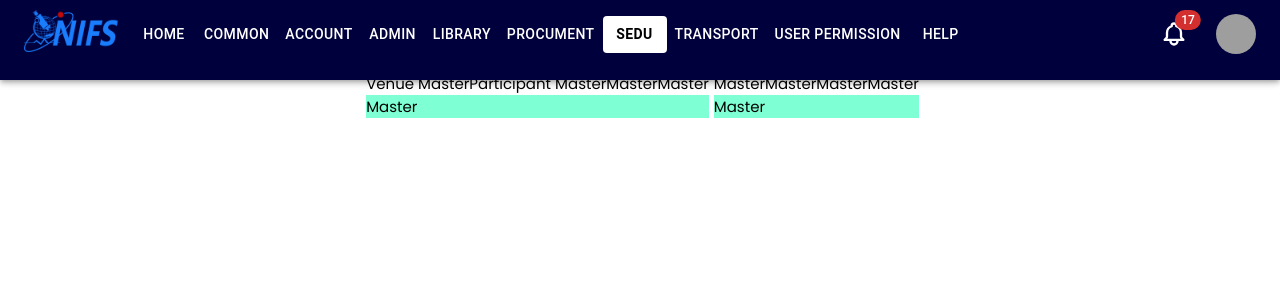
Repository: virangaj/NIFS-WebApp
Page: /sedu (app in client/)
These files come from the project's save history. The page is drawn as it stood at one moment and after the next save; the edit follows.
The browser window is 1280 px wide. The pictures show the whole page.
Pictures or frames that could not be fetched are drawn as grey boxes. The project was rebuilt for these pictures with package versions that can differ from the ones it lists, and the page was loaded fresh each time. Also part of the build but not shown: client/src/pages/Login.tsx, client/src/pages/Home.tsx, client/src/components/Transport/shared/TransportNavbar.js, client/src/pages/TransportMainPage.tsx, client/src/pages/CommonMainPage.tsx, client/src/pages/AccountMainPage.tsx, client/src/pages/AdminMainPage.tsx, client/src/pages/LibraryMainPage.js and 4 more.

Above is the page before, as saved 2022-07-27 00:42:04.

### client/public/index.html
<!DOCTYPE html>
<html lang="en">
	<head>
		<meta charset="utf-8" />
		<link rel="icon" href="nifs_logo.png" />
		<meta name="viewport" content="width=device-width, initial-scale=1" />
		<meta name="theme-color" content="#000000" />
		<meta
			name="description"
			content="Web site created using create-react-app"
		/>
		<link rel="apple-touch-icon" href="%PUBLIC_URL%/logo192.png" />
		<!--
      manifest.json provides metadata used when your web app is installed on a
      user's mobile device or desktop. See https://developers.google.com/web/fundamentals/web-app-manifest/
    -->
		<link rel="manifest" href="%PUBLIC_URL%/manifest.json" />
		<!--
      Notice the use of %PUBLIC_URL% in the tags above.
      It will be replaced with the URL of the `public` folder during the build.
      Only files inside the `public` folder can be referenced from the HTML.

      Unlike "/favicon.ico" or "favicon.ico", "%PUBLIC_URL%/favicon.ico" will
      work correctly both with client-side routing and a non-root public URL.
      Learn how to configure a non-root public URL by running `npm run build`.
    -->
		<link
			href="https://fonts.googleapis.com/css?family=Poppins"
			rel="stylesheet"
		/>
		<title>NIFS Dashboard</title>
	</head>
	<body>
		<noscript>You need to enable JavaScript to run this app.</noscript>
		<div id="root"></div>
		<!--
      This HTML file is a template.
      If you open it directly in the browser, you will see an empty page.

      You can add webfonts, meta tags, or analytics to this file.
      The build step will place the bundled scripts into the <body> tag.

      To begin the development, run `npm start` or `yarn start`.
      To create a production bundle, use `npm run build` or `yarn build`.
    -->
	</body>
</html>

### client/src/index.css
* {
  margin: 0;
}

body {
  font-family: 'Poppins';
  -webkit-font-smoothing: antialiased;
  -moz-osx-font-smoothing: grayscale;
}

:root {
  --main-navbar-back: #00003c;

}


.nav-logo {
  width: 100px;
  height: auto;
}

/* main navbar */
.main-navbar {
  background-color: var(--main-navbar-back) !important;
  width: 100% !important;
  height: 80px !important;

}



/* secondary navbar */
.secondary-navbar {
  margin-top: 10vh !important;
  margin: auto;
}

.nav-flex-section {
  display: flex;
  justify-content: center;
}

.nav-flex-inside {
  margin-left: 5px;
  margin-left: 5px;
}

.nav-title {
  font-size: 15px;

}

.nav-title-section {
  background-color: aquamarine;
}

/* body content */
.body-content {
  margin: auto;
  width: 90%;
  margin-top: 10vh;

}

.sub-body-content {
  margin: auto;
  width: 90%;
  margin-top: 3vh;
}

### client/src/App.tsx
import React, { useEffect } from 'react';
import Navbar from './components/shared/Navbar';
import Login from './pages/Login'
import { BrowserRouter as Router, Route, Routes } from 'react-router-dom'
import Home from './pages/Home';
import TransportMainPage from './pages/TransportMainPage';
import CommonMainPage from './pages/CommonMainPage';
import AccountMainPage from './pages/AccountMainPage';
import AdminMainPage from './pages/AdminMainPage';
import LibraryMainPage from './pages/LibraryMainPage';
import ProcumentMainPage from './pages/ProcumentMainPage';
import SeduMainPage from './pages/SeduMainPage';
import UserPermissionMainPage from './pages/UserPermissionMainPage';
import NotificationMainPage from './pages/NotificationMainPage';
import HelpMainPage from './pages/HelpMainPage';

function App() {


  return (
    <Router>
      <Navbar />
      <Routes>

        <Route path="/login" element={<Login />} />
        <Route path="/" element={<Home />} />
        <Route path="/common/*" element={<CommonMainPage />} />
        <Route path="/account/*" element={<AccountMainPage />} />
        <Route path="/admin/*" element={<AdminMainPage />} />
        <Route path="/library/*" element={<LibraryMainPage />} />
        <Route path="/procument/*" element={<ProcumentMainPage />} />
        <Route path="/sedu/*" element={<SeduMainPage />} />
        <Route path="/transport/*" element={<TransportMainPage />} />
        <Route
          path="/user-permission/*"
          element={<UserPermissionMainPage />}
        />
        <Route
          path="/notification/*"
          element={<NotificationMainPage />}
        />
        <Route path="/help/*" element={<HelpMainPage />} />
      </Routes>


    </Router>
  );
}

export default App;

### client/src/components/shared/Navbar.tsx
import * as React from 'react';
import AppBar from '@mui/material/AppBar';
import Box from '@mui/material/Box';
import Toolbar from '@mui/material/Toolbar';
import IconButton from '@mui/material/IconButton';
import Typography from '@mui/material/Typography';
import Menu from '@mui/material/Menu';
import Container from '@mui/material/Container';
import Avatar from '@mui/material/Avatar';
import Button from '@mui/material/Button';
import Tooltip from '@mui/material/Tooltip';
import MenuItem from '@mui/material/MenuItem';
import { HiMenuAlt2, HiOutlineBell } from "react-icons/hi";
import Badge from '@mui/material/Badge';
import Logo from '../../images/nifs_logo.png'
import { Link, useLocation } from 'react-router-dom';
const pages = [
    {
        id: 0,
        title: 'Home',
        link: '/',
    },
    {
        id: 1,
        title: 'Common',
        link: '/common',
    },
    {
        id: 2,
        title: 'Account',
        link: '/account',
    },
    {
        id: 3,
        title: 'Admin',
        link: '/admin',
    },
    {
        id: 4,
        title: 'Library',
        link: '/library',
    },
    {
        id: 5,
        title: 'Procument',
        link: '/procument',
    },
    {
        id: 6,
        title: 'SEDU',
        link: '/sedu',
    },
    {
        id: 7,
        title: 'Transport',
        link: '/transport',
    },
    {
        id: 8,
        title: 'User Permission',
        link: '/user-permission',
    },
    // {
    //     id: 9,
    //     title: 'Notification',
    //     link: '/notification',
    // },
    {
        id: 10,
        title: 'Help',
        link: '/help',
    },
];
const settings = [
    {
        id: 0,
        title: 'Login',
        link: '/login',
    },
];
const Navbar = () => {

    const location: any = useLocation();
    console.log(location.pathname.split('/')[1])


    const [anchorElNav, setAnchorElNav] = React.useState<null | HTMLElement>(null);
    const [anchorElUser, setAnchorElUser] = React.useState<null | HTMLElement>(null);

    const handleOpenNavMenu = (event: React.MouseEvent<HTMLElement>) => {
        setAnchorElNav(event.currentTarget);
    };
    const handleOpenUserMenu = (event: React.MouseEvent<HTMLElement>) => {
        setAnchorElUser(event.currentTarget);
    };

    const handleCloseNavMenu = () => {
        setAnchorElNav(null);
    };

    const handleCloseUserMenu = () => {
        setAnchorElUser(null);
    };

    return (
        <AppBar position="fixed" className="main-navbar">
            <Container maxWidth="xl">
                <Toolbar disableGutters>
                    {/*Responsive view start here  */}
                    <Box sx={{ display: { xs: 'none', md: 'flex' }, mr: 1 }}>
                        <Link to='/'>
                            <img src={Logo} alt="logo" className="nav-logo" />
                        </Link>
                    </Box>


                    <Box sx={{ flexGrow: 1, display: { xs: 'flex', md: 'none' } }}>
                        <IconButton
                            size="large"
                            aria-label="account of current user"
                            aria-controls="menu-appbar"
                            aria-haspopup="true"
                            onClick={handleOpenNavMenu}
                            color="inherit"
                        >
                            <HiMenuAlt2 />
                        </IconButton>
                        <Menu
                            id="menu-appbar"
                            anchorEl={anchorElNav}
                            anchorOrigin={{
                                vertical: 'bottom',
                                horizontal: 'left',
                            }}
                            keepMounted
                            transformOrigin={{
                                vertical: 'top',
                                horizontal: 'left',
                            }}
                            open={Boolean(anchorElNav)}
                            onClose={handleCloseNavMenu}
                            sx={{
                                display: { xs: 'block', md: 'none' },
                            }}
                        >
                            {pages && pages.map((page) => (
                                location.pathname.split('/')[1] === page.link.split('/')[1] ?
                                    <Link to={page.link} style={{ textDecoration: 'none' }} >
                                        <Button
                                            key={page.id}
                                            onClick={handleCloseNavMenu}
                                            sx={{ my: 2, color: 'white', display: 'block' }}
                                            style={{ backgroundColor: '#000', color: '#fff', fontWeight: 700 }}
                                        >
                                            {page.title}
                                        </Button>
                                    </Link>
                                    :
                                    <Link to={page.link} style={{ textDecoration: 'none' }} >
                                        <Button
                                            key={page.id}
                                            onClick={handleCloseNavMenu}
                                            sx={{ my: 2, color: 'white', display: 'block' }}
                                            style={{ backgroundColor: '#fff', color: '#000' }}
                                        >
                                            {page.title}
                                        </Button>
                                    </Link>
                            ))}
                        </Menu>
                    </Box>
                    {/* Responsive view ends here */}

                    {/* Full width starts here */}
                    <Box
                        sx={{
                            mr: 2,
                            display: { xs: 'flex', md: 'none' },
                            flexGrow: 1,
                        }}
                    >
                        <Link to='/'>
                            <img src={Logo} alt="logo" className="nav-logo" />
                        </Link>
                    </Box>

                    <Box sx={{ flexGrow: 1, display: { xs: 'none', md: 'flex' } }}>
                        {pages.map((page) => (
                            location.pathname.split('/')[1] === page.link.split('/')[1] ?
                                <Link to={page.link} style={{ textDecoration: 'none' }} >
                                    <Button
                                        key={page.id}
                                        onClick={handleCloseNavMenu}
                                        sx={{ my: 2, color: 'white', display: 'block' }}
                                        style={{ backgroundColor: '#fff', color: '#000', fontWeight: 700 }}


                                    >
                                        {page.title}
                                    </Button>
                                </Link>
                                :
                                <Link to={page.link} style={{ textDecoration: 'none' }} >
                                    <Button
                                        key={page.id}
                                        onClick={handleCloseNavMenu}
                                        sx={{ my: 2, color: 'white', display: 'block' }}

                                    >
                                        {page.title}
                                    </Button>
                                </Link>
                        ))}
                    </Box>
                    <IconButton
                        size="large"
                        aria-label="show 17 new notifications"
                        color="inherit"
                        sx={{ mr: 2 }}
                    >
                        <Badge badgeContent={17} color="error">
                            <HiOutlineBell />
                        </Badge>
                    </IconButton>
                    <Box sx={{ flexGrow: 0 }}>
                        <Tooltip title="Open settings">
                            <IconButton onClick={handleOpenUserMenu} sx={{ p: 0 }}>
                                <Avatar alt="Remy Sharp" src="/static/images/avatar/2.jpg" />
                            </IconButton>
                        </Tooltip>
                        <Menu
                            sx={{ mt: '45px' }}
                            id="menu-appbar"
                            anchorEl={anchorElUser}
                            anchorOrigin={{
                                vertical: 'top',
                                horizontal: 'right',
                            }}
                            keepMounted
                            transformOrigin={{
                                vertical: 'top',
                                horizontal: 'right',
                            }}
                            open={Boolean(anchorElUser)}
                            onClose={handleCloseUserMenu}
                        >
                            {settings && settings.map((setting) => (
                                <MenuItem key={setting.id} onClick={handleCloseUserMenu}>
                                    <Typography textAlign="center">{setting.title}</Typography>
                                </MenuItem>
                            ))}
                        </Menu>
                    </Box>
                </Toolbar>
            </Container>
        </AppBar>
    );
};
export default Navbar;

### client/src/pages/SeduMainPage.tsx
import React from 'react';
import { Route, Routes } from 'react-router-dom';
import SeduSecondaryNavbar from '../components/sedu/SeduSecondaryNavbar';
import SecondaryNavbar from '../components/shared/SecondaryNavbar';


// sedu main page where all other section of sedu department can be access from here
function SeduMainPage() {

	return <div>
		<SeduSecondaryNavbar />
		<div className="sub-body-content">
			<Routes>
				{/* <Route path="/" element={<NewRequest />} />
					<Route path="/recommend" element={<RecommendedRequest />} />
					<Route path="/approve" element={<ApproveRequest />} /> */}
			</Routes>
		</div>
	</div>;
}

export default SeduMainPage;

### client/src/components/sedu/SeduSecondaryNavbar.tsx
import { Box } from '@mui/material'
import React from 'react'

import { FaArtstation, FaApple, FaAppStoreIos } from "react-icons/fa";
function SeduSecondaryNavbar() {

    return (
        <Box sx={{ width: '90%' }} className="secondary-navbar nav-flex-section">
            <div className='nav-flex-inside'>

                <div className='nav-flex-section'>
                    <p className='nav-title'>Venue Master</p>
                    <p className='nav-title'>Participant Master</p>
                    <p className='nav-title'>Master</p>
                    <p className='nav-title'>Master</p>
                </div>
                <div className='nav-title-section'>
                    <p className='nav-title'>Master</p>
                </div>
            </div>
            <div className='nav-flex-inside'>

                <div className='nav-flex-section'>
                    <p className='nav-title'>Master</p>
                    <p className='nav-title'>Master</p>
                    <p className='nav-title'>Master</p>
                    <p className='nav-title'>Master</p>
                </div>
                <div className='nav-title-section'>
                    <p className='nav-title'>Master</p>
                </div>
            </div>
        </Box>
    )
}

export default SeduSecondaryNavbar

Loaded but not shown: client/src/index.tsx (common file); client/src/reportWebVitals.ts (common file)

After the next save:
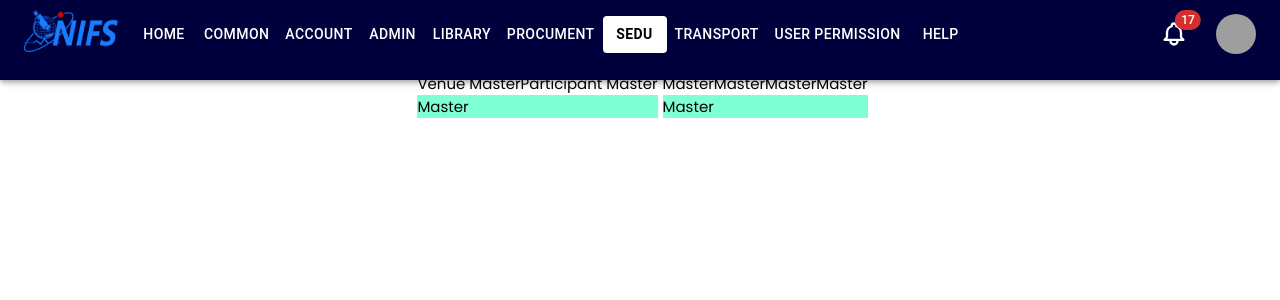
Saved 4 s later.
--- a/client/src/components/sedu/SeduSecondaryNavbar.tsx
+++ b/client/src/components/sedu/SeduSecondaryNavbar.tsx
@@ -11,8 +11,7 @@ function SeduSecondaryNavbar() {
                 <div className='nav-flex-section'>
                     <p className='nav-title'>Venue Master</p>
                     <p className='nav-title'>Participant Master</p>
-                    <p className='nav-title'>Master</p>
-                    <p className='nav-title'>Master</p>
+
                 </div>
                 <div className='nav-title-section'>
                     <p className='nav-title'>Master</p>
